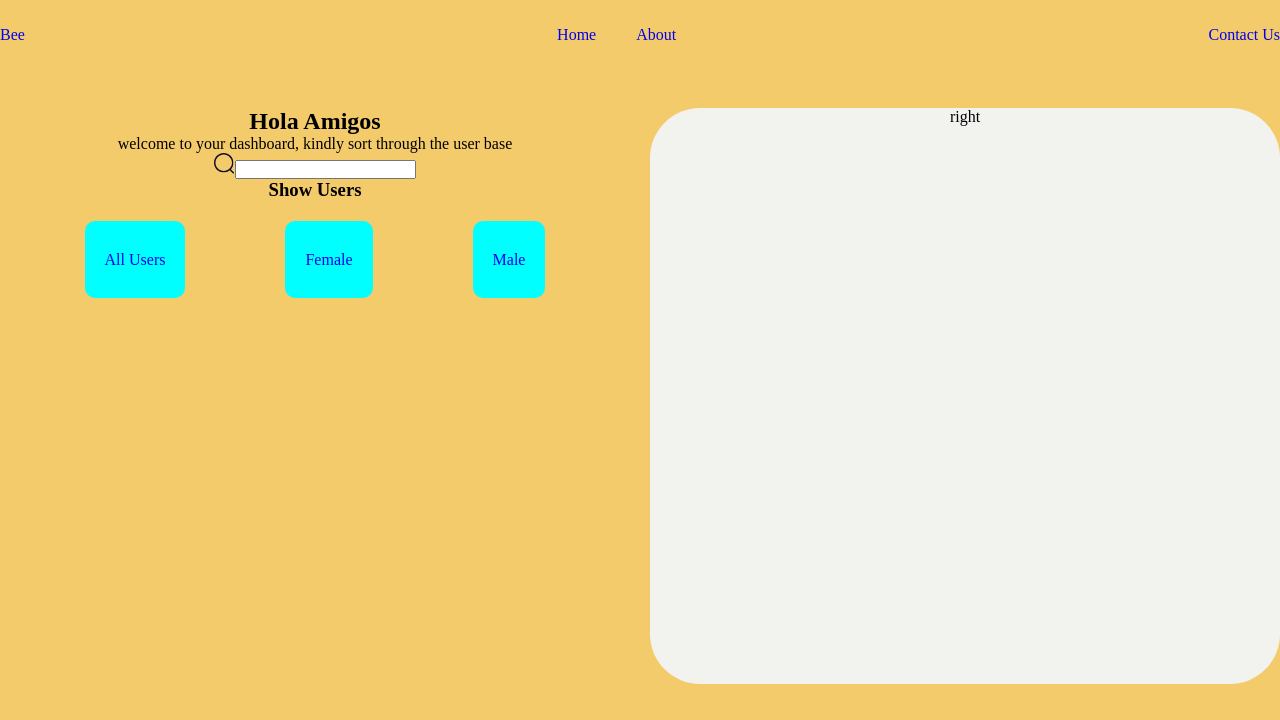
Repository: ble-syn/Random-user-generator-app
Page: /
The author's editor kept a copy of each file at every save. The page is drawn from the files as they stood at one save, then again after the next save.
The browser window is 1280 px wide. The pictures show the whole page.
The project was rebuilt for these pictures with package versions that can differ from the ones it lists, and the page was loaded fresh each time. Also part of the build but not shown: src/pages/About.jsx, src/pages/Policy.jsx, src/pages/Terms.jsx, src/pages/Contact.jsx, src/pages/NotFound.jsx.

Above is the page before, as saved 2022-10-26 00:57:13.

### src/index.css
*{
  margin: 0;
  padding: 0;
  box-sizing: border-box;
}
a {
  text-decoration: none;
}

body {
  background-color: #F4CB6B;
}
.container {
  width: 100%;
  max-width: 1300px;
  margin: 0 auto;

  text-align: center;
}

nav {
  display: flex;
  justify-content: space-between;
  margin: 2% 0 5%;
}
.menu {
  margin: 0 20px;
}

.home-container{
  display: flex;
  justify-content: center;
}
/* LEFT STYLES */
#left {
  flex: 5;
}
.user-link-cont {
  margin-top: 50px;
}
.user-link{
  margin: 0 50px;
  padding: 30px 20px;
  background-color: aqua;
  border-radius: 10px;
}

#right{
  height: 80vh;
 flex: 5;
  margin-left: 20px;
  background-color: #F2F2EF;
  border-radius: 50px;
}

### src/App.js
import { BrowserRouter as Router, Routes, Route, Navigate} from "react-router-dom";
import Navbar from "./components/Navbar";
import Home from "./pages/Home";
import About from "./pages/About";
import Policy from "./pages/Policy";
import Terms from "./pages/Terms";
import Contact from "./pages/Contact";
import NotFound from "./pages/NotFound";

function App() {
  return (
    <div className="container">
      <Router>
      <Navbar />
        <Routes>
          <Route path="/" element={<Home />} />
          <Route path="/about" element={<About />}>
            <Route path="policy" element={<Policy />} />
            <Route path="terms" element={<Terms />} />
          </Route>
          <Route path="/contact" element={<Contact />} />
          <Route path="/not-found" element={<NotFound />} />
          <Route path="*" element={<Navigate to="/not-found" />} />
        </Routes>
      </Router>

    </div>
  );
}

export default App;

### src/components/Navbar.jsx
import React from "react";
import { Link } from "react-router-dom";

function Navbar() {
    return (
      <nav className="header">
        <div className="logo">
          <Link to="/">Bee</Link>
        </div>


        <div>
            <Link to="/about" className="menu">Home</Link>

            <Link to="/contact" className="menu">About</Link>
        </div>
        <div>
            <Link to="/">Contact Us</Link>
        </div>
      </nav>
    );
  }

export default Navbar;

### src/pages/Home.jsx
import React from "react";
import { Link } from "react-router-dom";
import { ReactComponent as Search } from "../assets/Search.svg"

function Home() {
  return (
    <div className="home-container">
      <div id="left">
        <h2>Hola Amigos</h2>
        <p>welcome to your dashboard, kindly sort through the user base</p>
        <form action="">
          <Search />
          <input type="text" name="" id="" />
        </form>
        <h3>Show Users</h3>
        <div className="user-link-cont">
          <Link className="user-link all-user" to="/login">All Users</Link>
          <Link className="user-link female-user" to="/register">Female</Link>
          <Link className="user-link male-user" to="/about">Male</Link>
        </div>
      </div>
      <div id="right">
        right
      </div>
    </div>
  );
}

export default Home;

Loaded but not shown: public/index.html (common file); src/index.js (common file); src/reportWebVitals.js (common file)

After the next save:
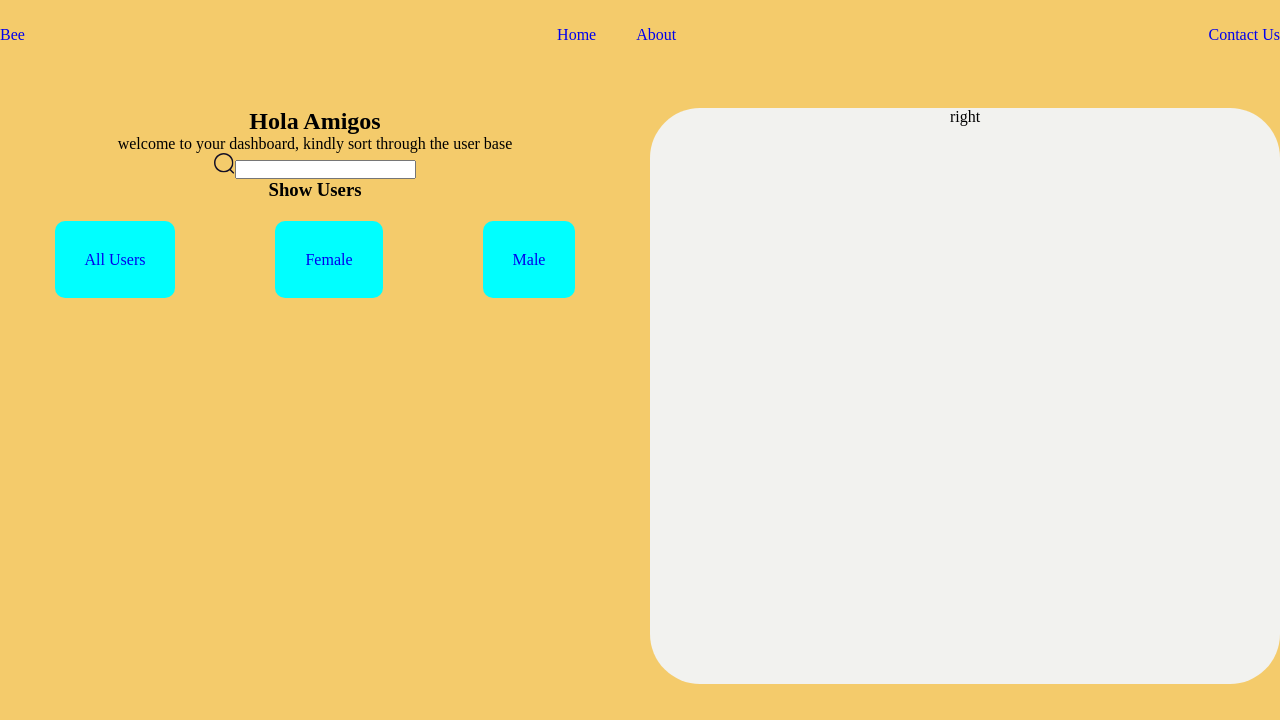
Saved 58 s later.
--- a/src/index.css
+++ b/src/index.css
@@ -40,9 +40,18 @@ nav {
 }
 .user-link{
   margin: 0 50px;
-  padding: 30px 20px;
+  padding: 30px;
   background-color: aqua;
   border-radius: 10px;
+}
+.all-user {
+
+}
+.female-user{
+
+}
+.male-user{
+
 }
 
 #right{
